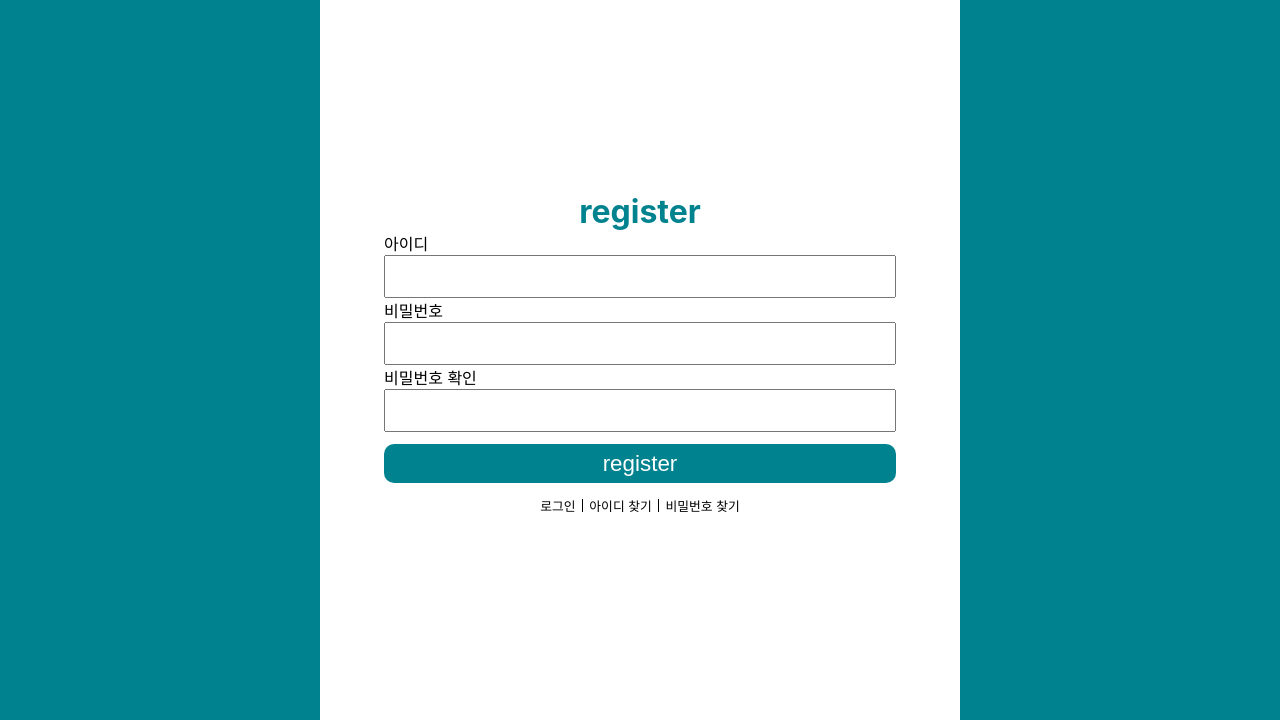
Repository: SeungYn/ticktickup-client
Page: /register
The author's editor kept a copy of each file at every save. The page is drawn from the files as they stood at one save, then again after the next save.
The browser window is 1280 px wide. The pictures show the whole page.
The project was rebuilt for these pictures with package versions that can differ from the ones it lists, and the page was loaded fresh each time. Also part of the build but not shown: src/App.tsx, src/pages/Main.tsx, src/pages/TimeDetail.tsx, src/pages/MyInfo.tsx, src/containers/auth/LoginFormContainer.tsx, src/pages/LoginPage.tsx.

Above is the page before, as saved 2023-01-03 21:19:38.

After the next save:
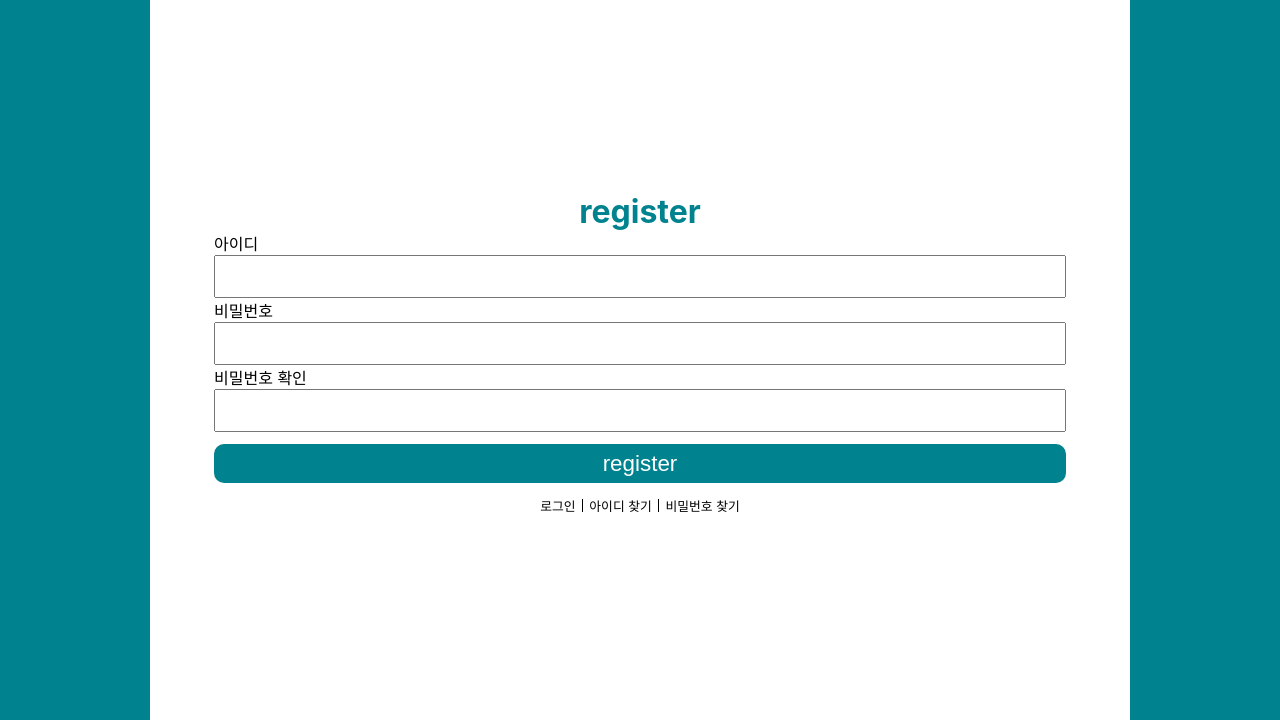
Saved 25 s later.
--- a/src/components/auth/authForm.modue.scss
+++ b/src/components/auth/authForm.modue.scss
@@ -2,6 +2,7 @@
 
 .form {
   width: 50%;
+  min-width: 980px;
   height: 100%;
   display: flex;
   flex-direction: column;

After the save that followed:
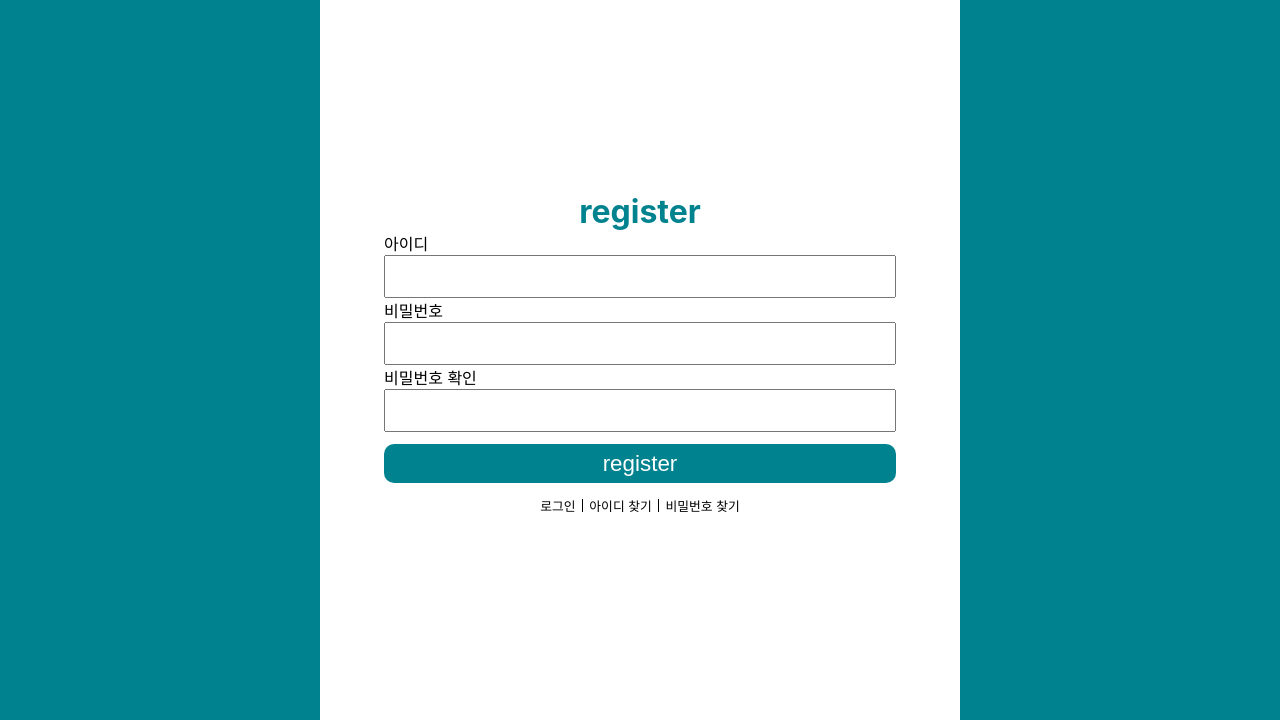
Saved 4 s later.
--- a/src/components/auth/authForm.modue.scss
+++ b/src/components/auth/authForm.modue.scss
@@ -2,7 +2,7 @@
 
 .form {
   width: 50%;
-  min-width: 980px;
+  min-width: 400px;
   height: 100%;
   display: flex;
   flex-direction: column;
